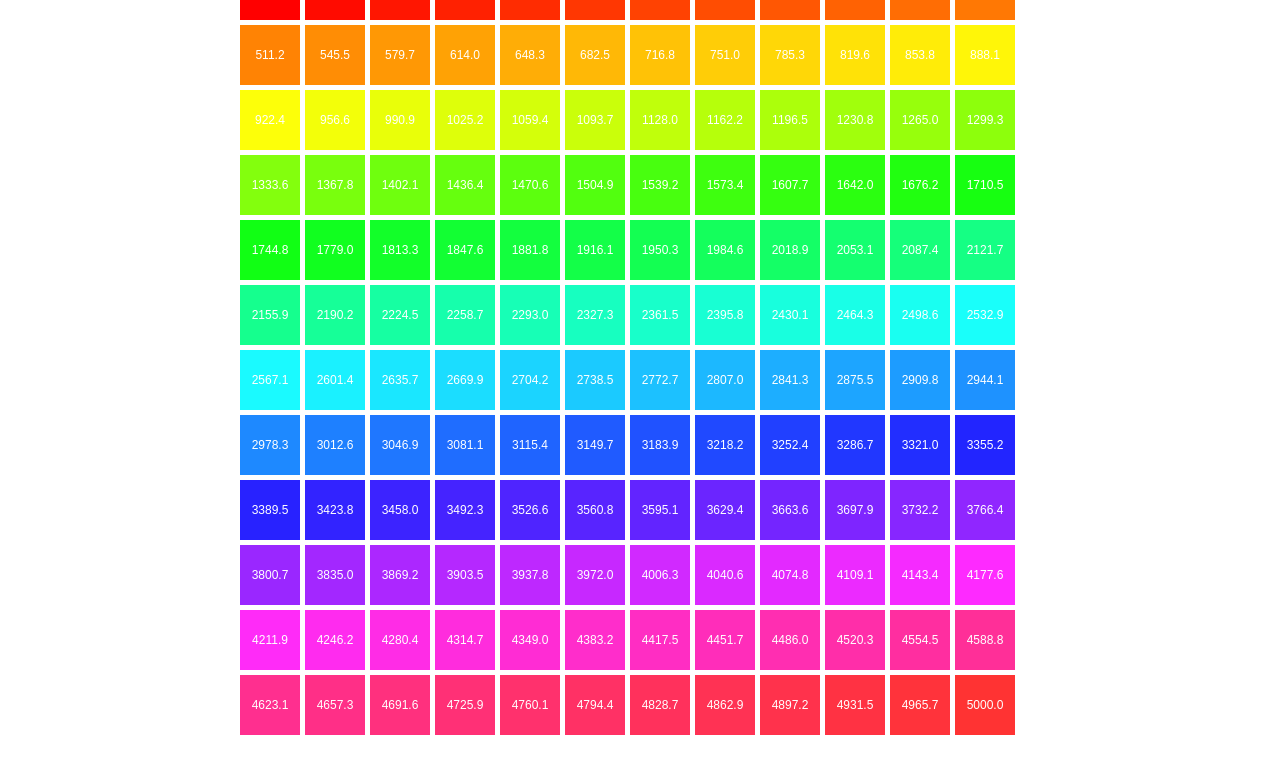
Repository: studiorichie/richielau.com
Page: assets/sound-to-color-microtone.html
These files come from the project's save history. The page is drawn as it stood at one moment and after the next save; the edit follows.
The browser window is 1280 px wide. The pictures show the whole page.

Above is the page before, as saved 2024-11-06 22:17:47.

After the next save:
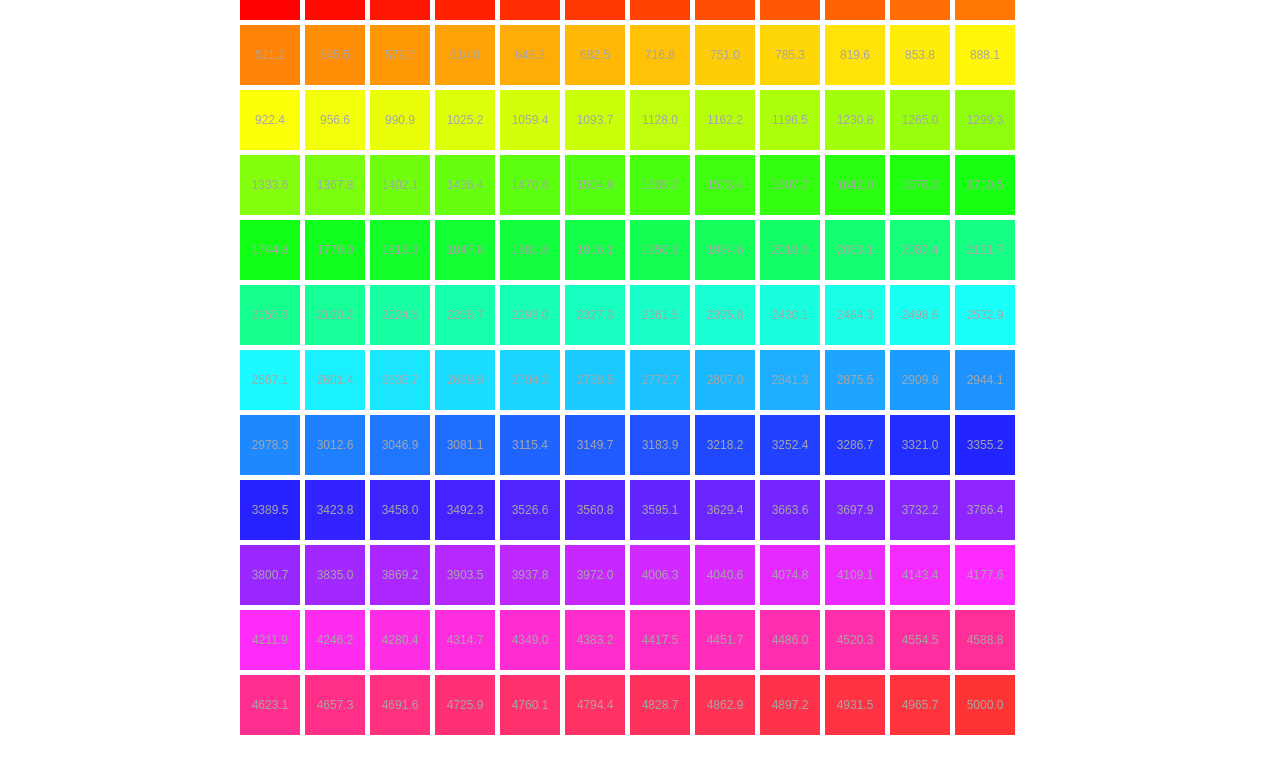
Saved 4 h 41 min later.
--- a/assets/sound-to-color-microtone.html
+++ b/assets/sound-to-color-microtone.html
@@ -27,7 +27,7 @@
         }
 
         .label {
-            fill: rgb(255, 255, 255);
+            fill: rgb(166, 166, 166);
             font-size: 12px;
             text-anchor: middle;
             user-select: none;

After the save that followed:
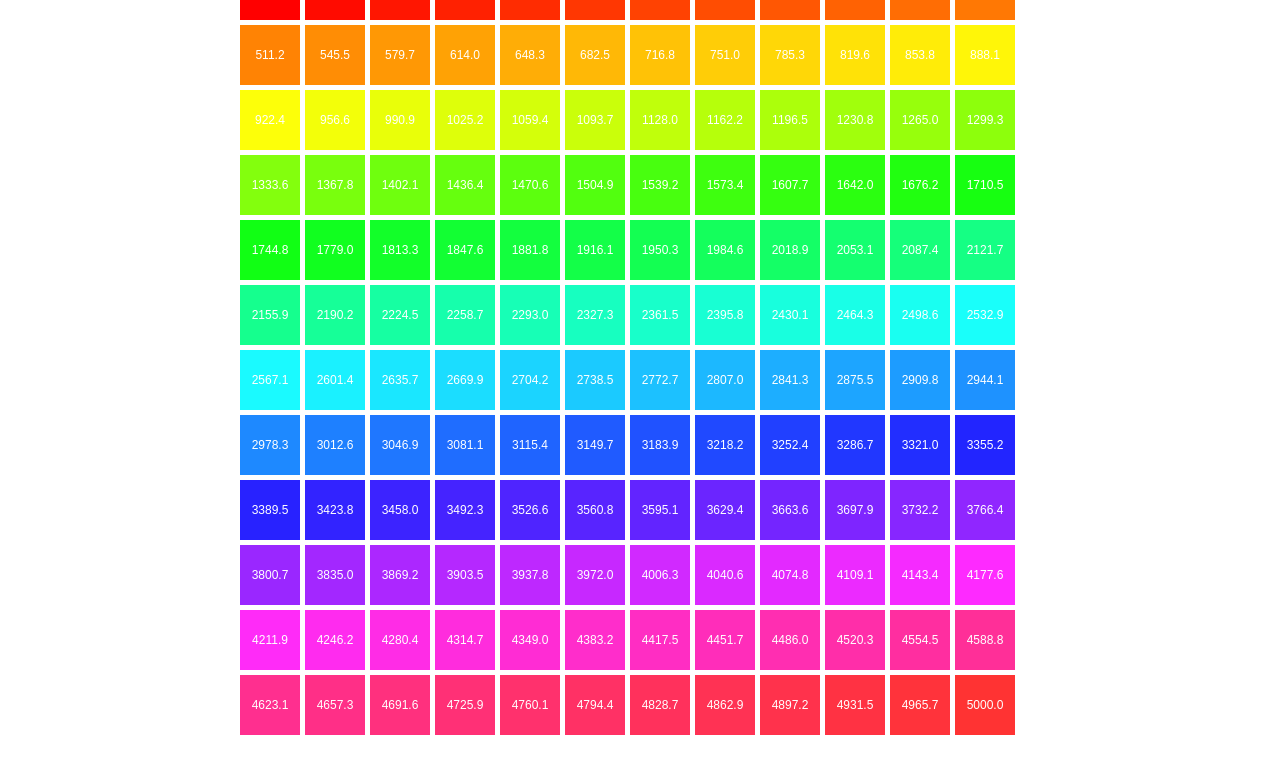
Saved 11 s later.
--- a/assets/sound-to-color-microtone.html
+++ b/assets/sound-to-color-microtone.html
@@ -27,7 +27,7 @@
         }
 
         .label {
-            fill: rgb(166, 166, 166);
+            fill: rgb(255, 255, 255);
             font-size: 12px;
             text-anchor: middle;
             user-select: none;
